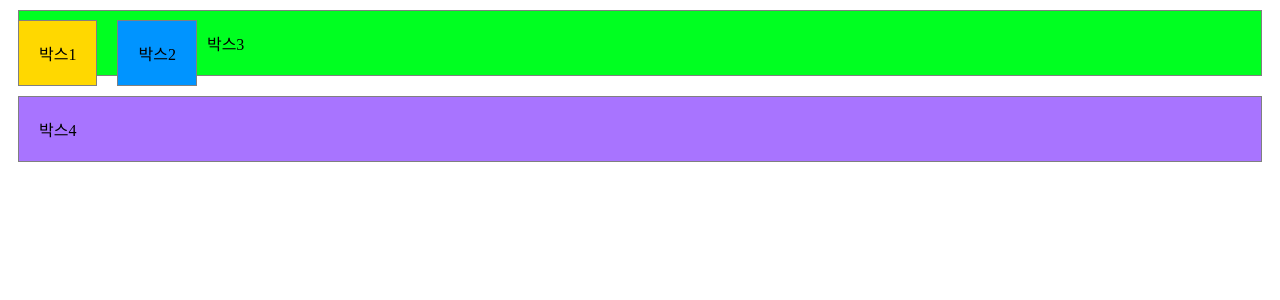
Repository: 753kg/753kg.github.io
Page: KOSTA/webProject/WebContent/doit/08/float-3.html
These files come from the project's save history. The page is drawn as it stood at one moment and after the next save; the edit follows.
The browser window is 1280 px wide. The pictures show the whole page.

Above is the page before, as saved 2021-04-01 02:11:25.

After the next save:
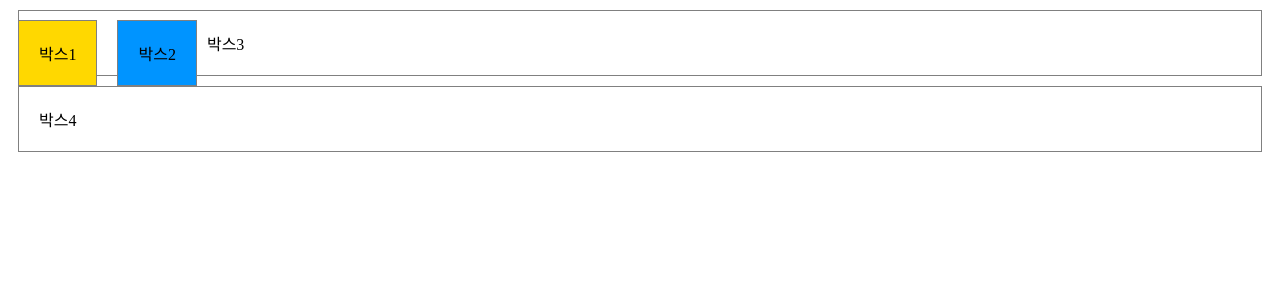
Saved 4 s later.
--- a/KOSTA/webProject/WebContent/doit/08/float-3.html
+++ b/KOSTA/webProject/WebContent/doit/08/float-3.html
@@ -17,13 +17,7 @@
 			background: #0094ff;
 			float:left;  /* 왼쪽으로 플로팅 */
 		}
-		#box3 {
-			background: #00ff21;
-		}
-		#box4 {
-			background:#a874ff;
-			clear:left;  /* 플로팅 해제 */
-		}
+
 	</style>
 </head>
 <body>
